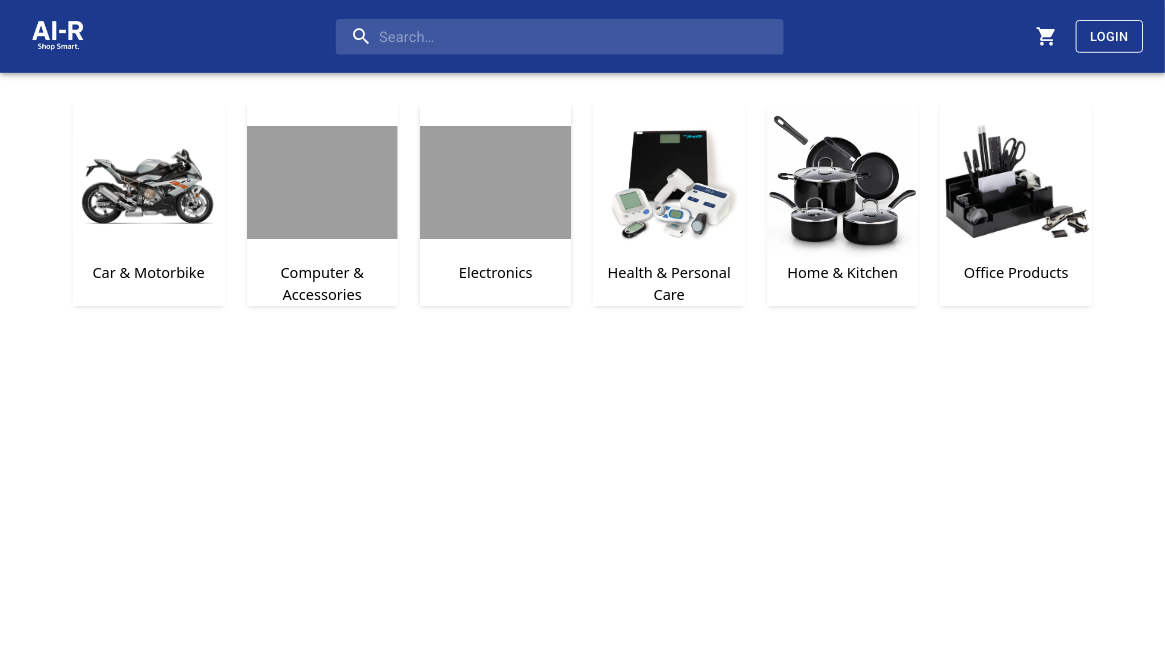
Repository: Yeshwanth-189/a-i-r
Page: / (app in client/)
The author's editor kept a copy of each file at every save. The page is drawn from the files as they stood at one save, then again after the next save.
The browser window is 1280 px wide. The pictures show the whole page, at 91% of full size.
Pictures or frames that could not be fetched are drawn as grey boxes. The project was rebuilt for these pictures with package versions that can differ from the ones it lists, and the page was loaded fresh each time. Also part of the build but not shown: client/vite.config.js, client/src/App.css.

Above is the page before, as saved 2025-04-12 15:30:06.

After the next save:
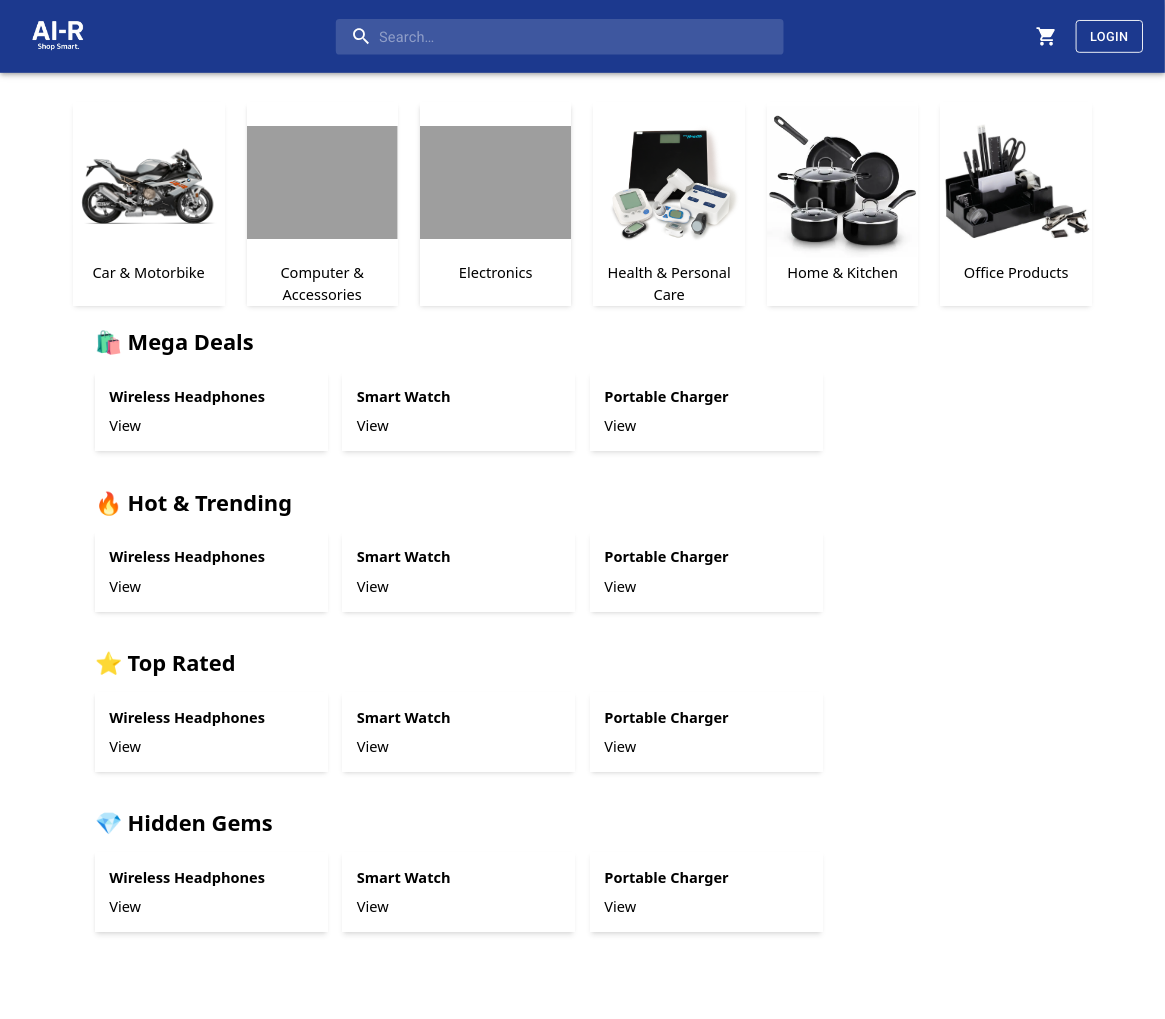
Saved 12 s later.
--- a/client/src/pages/homePage.jsx
+++ b/client/src/pages/homePage.jsx
@@ -61,6 +61,12 @@ const HomePage = () => {
           </div>
         ))}
       </div>
+      <div className="p-6">
+        <Section title="🛍️ Mega Deals" />
+        <Section title="🔥 Hot & Trending" />
+        <Section title="⭐ Top Rated" />
+        <Section title="💎 Hidden Gems" />
+      </div>
     </div>
   );
 };
